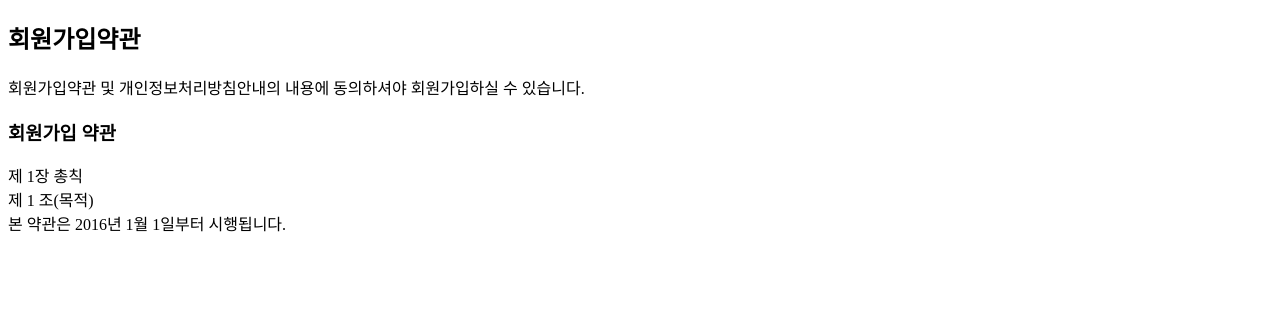
Repository: ks12b0000/JSP-School-Class
Page: chap10_JSP/src/main/webapp/Test/memberWriteSub.html
The author's editor kept a copy of each file at every save. The page is drawn from the files as they stood at one save, then again after the next save.
The browser window is 1280 px wide. The pictures show the whole page.

Above is the page before, as saved 2022-06-03 12:30:34.

### chap10_JSP/src/main/webapp/Test/memberWriteSub.html
<!DOCTYPE html>
<html>
<head>
	<meta charset="UTF-8">
	<meta name="viewport" content="width=device-width, initial-scale=1.0">
	<title>회원가입약관</title>
</head>
<body>
	<h2>회원가입약관</h2>
	<p>회원가입약관 및 개인정보처리방침안내의 내용에 동의하셔야 회원가입하실 수 있습니다.</p>
	<h3>회원가입 약관</h3>
	<p>제 1장 총칙 <br/>
	   제 1 조(목적)<br/>
	   본 약관은 2016년 1월 1일부터 시행됩니다.</p>
</body>
</html>

After the next save:
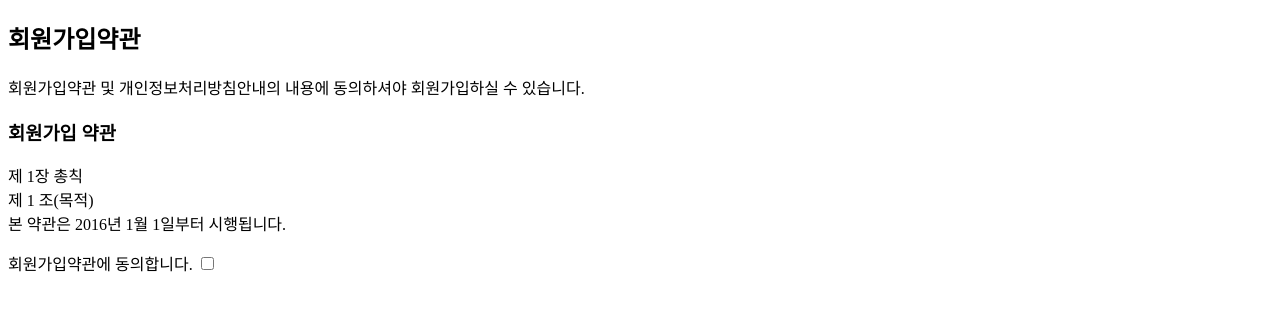
Saved 87 s later.
--- a/chap10_JSP/src/main/webapp/Test/memberWriteSub.html
+++ b/chap10_JSP/src/main/webapp/Test/memberWriteSub.html
@@ -12,5 +12,8 @@
 	<p>제 1장 총칙 <br/>
 	   제 1 조(목적)<br/>
 	   본 약관은 2016년 1월 1일부터 시행됩니다.</p>
+	<form id="terms_Ck">
+		회원가입약관에 동의합니다. <input type="checkbox" id="terms" /><label for="Auto-Login"></label>
+	</form>
 </body>
 </html>
